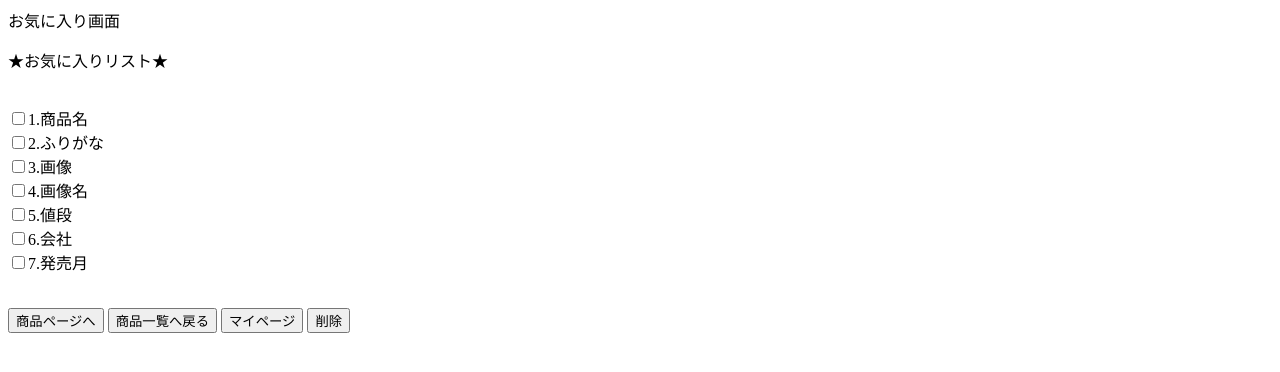
Repository: nathox/backup
Page: http://localhost/Favorite/z.jsp
These files come from the project's save history. The page is drawn as it stood at one moment and after the next save; the edit follows.
The browser window is 1280 px wide. The pictures show the whole page.
The page is served by Tomcat 9.

Above is the page before, as saved 2018-02-08 01:53:28.
Console error (its wording comes from the project's code and is left out).

After the next save:
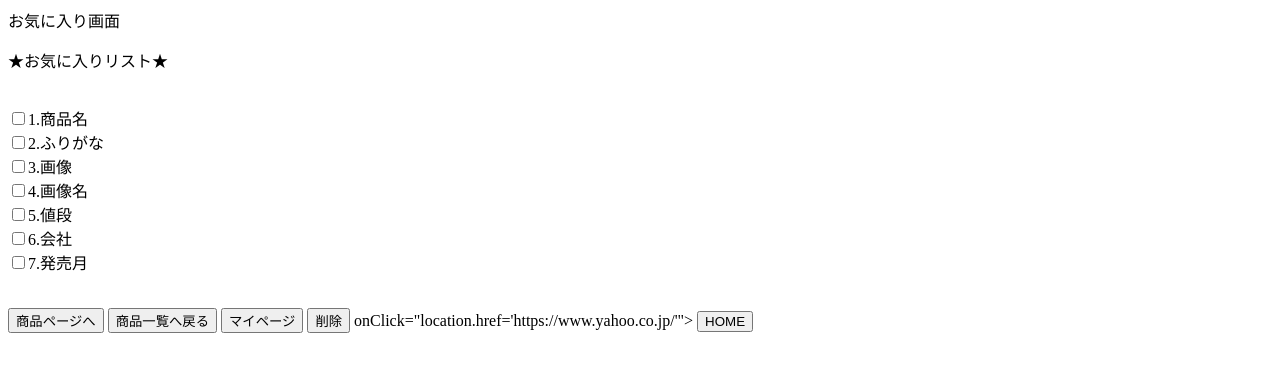
Saved 96 s later.
--- a/Favorite/WebContent/z.jsp
+++ b/Favorite/WebContent/z.jsp
@@ -240,7 +240,9 @@
 				onClick="http://localhost:8080/craftdenki/ProductListAction.action"> <INPUT
 				TYPE="button" VALUE="マイページ"
 				onClick="location.href='https://www.yahoo.co.jp/'"> <INPUT
-				TYPE="button" VALUE="削除" onClick="checkCB()">
+				TYPE="button" VALUE="削除" onClick="location.href=''">
+				onClick="location.href='https://www.yahoo.co.jp/'"> <INPUT
+				TYPE="button" VALUE="HOME" onClick="location.href=''">
 
 
 
